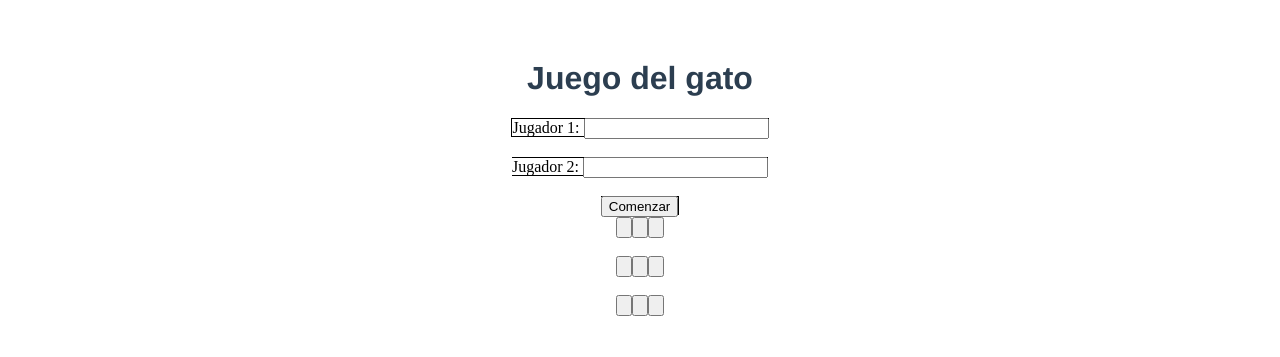
Repository: franciscamanquecheo/Taller-2
Page: / (app in vite-project/)
The author's editor kept a copy of each file at every save. The page is drawn from the files as they stood at one save, then again after the next save.
The browser window is 1280 px wide. The pictures show the whole page.
The project was rebuilt for these pictures with package versions that can differ from the ones it lists, and the page was loaded fresh each time. Also part of the build but not shown: vite-project/vite.config.ts.

Above is the page before, as saved 2022-06-17 17:23:22.

After the next save:
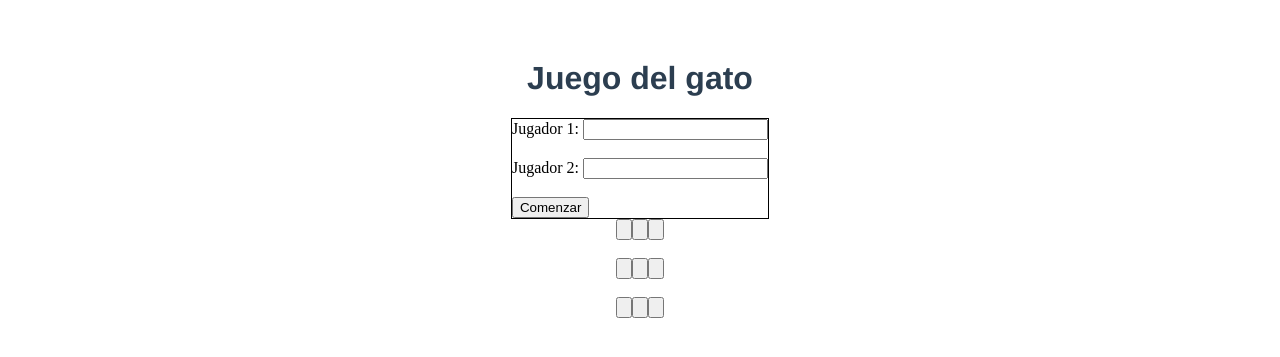
Saved 15 s later.
--- a/vite-project/src/App.vue
+++ b/vite-project/src/App.vue
@@ -55,7 +55,7 @@ h1 {
   margin-top: 60px;
 }
 article#comandos{
-  display: inline;
+  display: inline-block;
   text-align: left;
   border: 1px solid black;
 
